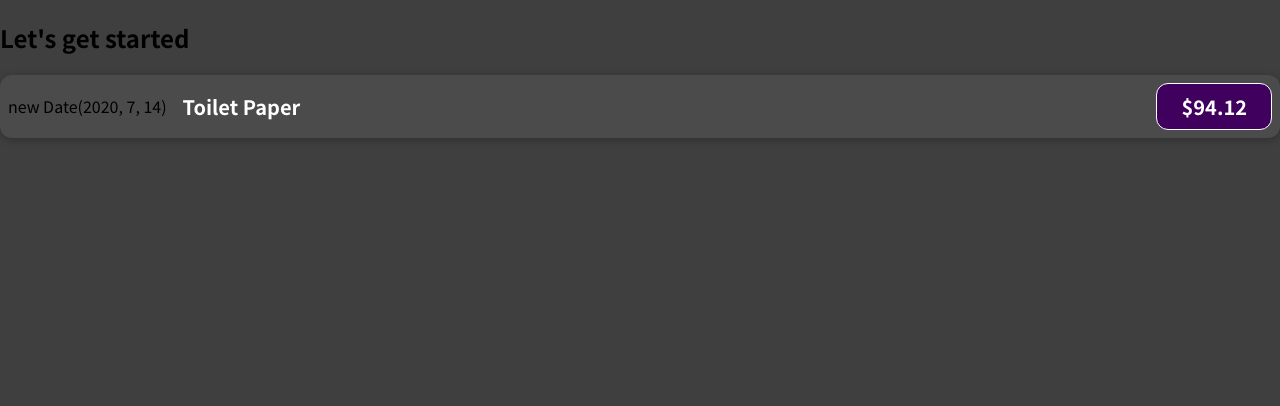
Repository: runner855/expense-tracker
Page: /
These files come from the project's save history. The page is drawn as it stood at one moment and after the next save; the edit follows.
The browser window is 1280 px wide. The pictures show the whole page.
The project was rebuilt for these pictures with package versions that can differ from the ones it lists, and the page was loaded fresh each time.

Above is the page before, as saved 2022-09-02 13:05:42.

### src/index.js
import React from 'react';
import ReactDOM from 'react-dom/client';
import expenses from './data/expenses.json';
import './styles/index.css';
import App from './components/App';

const root = ReactDOM.createRoot(document.getElementById('root'));
root.render(
  <React.StrictMode>
    <App expenses={expenses.expenses} location={expenses.location} />
  </React.StrictMode>
);

### src/data/expenses.json
{
  "location": {
    "city": "Manchester",
    "country": "UK"
  },
  "expenses": [
    {
      "id": "e1",
      "title": "Toilet Paper",
      "amount": 94.12,
      "date": "new Date(2020, 7, 14)"
    },
    {
      "id": "e2",
      "title": "New TV",
      "amount": 799.49,
      "date": "new Date(2021, 2, 12)"
    },
    {
      "id": "e3",
      "title": "Car Insurance",
      "amount": 294.67,
      "date": "new Date(2021, 2, 28)"
    },
    {
      "id": "e4",
      "title": "New Desk (Wooden)",
      "amount": 450,
      "date": "new Date(2021, 5, 12)"
    }
  ]
}

### src/components/App.js
import React from 'react';
import ExpenseItem from '../components/ExpenseItem';


const App = (props) => {
  console.log(props)





  return (
    <div className="App">
      <h2>Let's get started</h2>
      <ExpenseItem date={props.expenses[0].date} title={props.expenses[0].title} amount={props.expenses[0].amount} />



    </div>
  );
}

export default App;

### src/components/ExpenseItem.js
import React from 'react';
import '../styles/ExpenseItem.css'


const ExpenseItem = (props) => {

  const { date, title, amount } = props;

  return (
    <div className='expense-item'>
      <div className='expense-item__date'>
        {`${date}`}
      </div>
      <div className='expense-item__description'>
        <h2>{`${title}`}</h2>
        <div className='expense-item__price'>
          ${`${amount}`}
        </div>
      </div>
    </div>)
}

export default ExpenseItem;

### src/styles/ExpenseItem.css
.expense-item {
  display: flex;
  justify-content: space-between;
  align-items: center;
  box-shadow: 0 2px 8px rgba(0, 0, 0, 0.25);
  padding: 0.5rem;
  margin: 1rem 0;
  border-radius: 12px;
  background-color: #4b4b4b;
}

.expense-item__description {
  display: flex;
  flex-direction: column;
  gap: 1rem;
  align-items: flex-end;
  flex-flow: column-reverse;
  justify-content: flex-start;
  flex: 1;
}

.expense-item h2 {
  color: #3a3a3a;
  font-size: 1rem;
  flex: 1;
  margin: 0 1rem;
  color: white;
}

.expense-item__price {
  font-size: 1rem;
  font-weight: bold;
  color: white;
  background-color: #40005d;
  border: 1px solid white;
  padding: 0.5rem;
  border-radius: 12px;
}

@media (min-width: 580px) {
  .expense-item__description {
    flex-direction: row;
    align-items: center;
    justify-content: flex-start;
    flex: 1;
  }

  .expense-item__description h2 {
    font-size: 1.25rem;
  }

  .expense-item__price {
    font-size: 1.25rem;
    padding: 0.5rem 1.5rem;
  }
}

Loaded but not shown: public/index.html (common file); src/styles/index.css (common file)

After the next save:
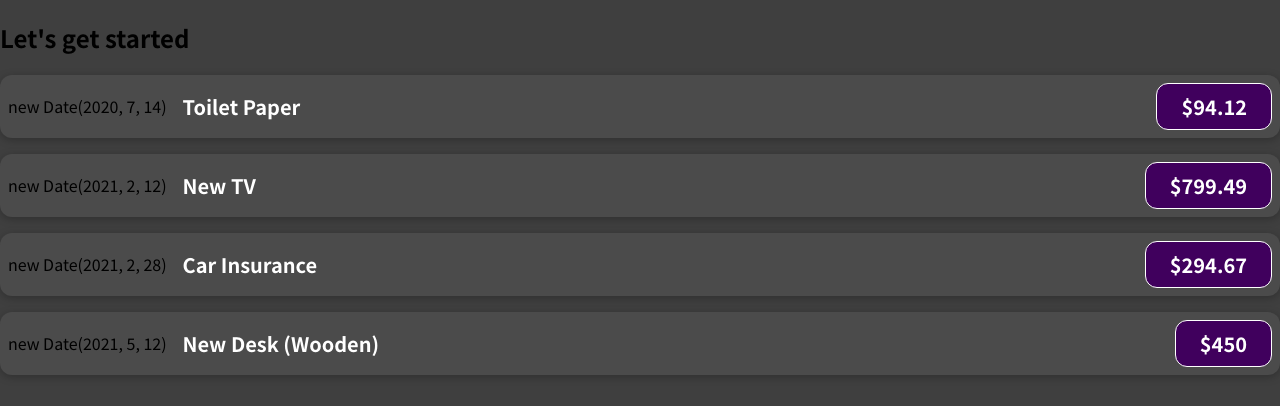
Saved 58 s later.
--- a/src/components/App.js
+++ b/src/components/App.js
@@ -13,6 +13,12 @@ const App = (props) => {
     <div className="App">
       <h2>Let's get started</h2>
       <ExpenseItem date={props.expenses[0].date} title={props.expenses[0].title} amount={props.expenses[0].amount} />
+      <ExpenseItem date={props.expenses[1].date} title={props.expenses[1].title} amount={props.expenses[1].amount} />
+      <ExpenseItem date={props.expenses[2].date} title={props.expenses[2].title} amount={props.expenses[2].amount} />
+      <ExpenseItem date={props.expenses[3].date} title={props.expenses[3].title} amount={props.expenses[3].amount} />
+
+
+
 
 
 
